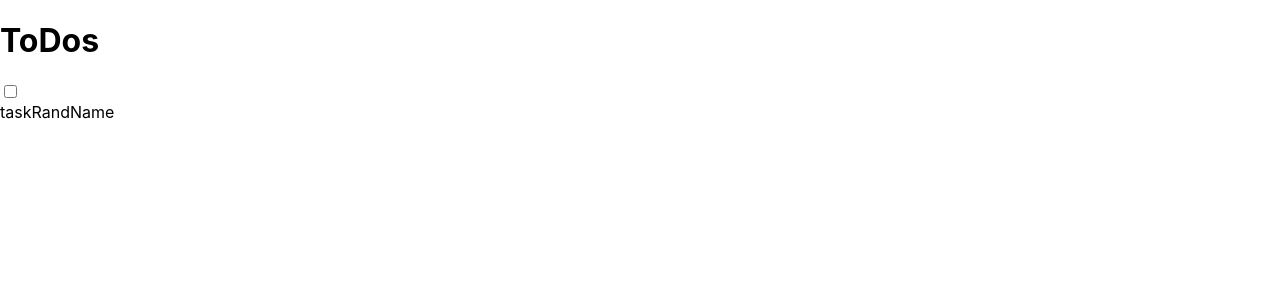
Repository: shuroo/FECourse-final-ex-todos
Page: /
An editor plug-in stored every save of this project. The page is shown before and after the next save, followed by the edit.
The browser window is 1280 px wide. The pictures show the whole page.
The project was rebuilt for these pictures with package versions that can differ from the ones it lists, and the page was loaded fresh each time. Also part of the build but not shown: src/App.css.

Above is the page before, as saved 2021-08-03 03:19:44.

### src/App.js
import logo from './logo.svg';
import './App.css';
import HomePage from './pages/HomePage';

function App() {
    return ( <
        HomePage / >
    );
}

export default App;

### src/pages/HomePage.jsx

import React, { Component,useState } from 'react';
import Container from 'react-bootstrap/Container'
import FormComponent from "../components/FormComponent";
import TasksView from '../components/TasksView';
import TaskModel from '../model/TaskModel';

function HomePage(){

    const [tasks, setTasks] = useState([new TaskModel("taskRandName",false)]);

    return (<Container>
            <h1>ToDos</h1>
   {/* <FormComponent tasks={tasks} setTasks={setTasks}/> */}
   <TasksView key={"tView"} tasks={tasks}/>
   </Container>
);
    }

export default HomePage;

### src/components/TasksView.jsx
import { Component } from "react";
import { Row } from "react-bootstrap";
import Form from 'react-bootstrap/Form'
import TaskComponent from "./TaskComponent";

class TasksView extends Component{

    constructor(props){
        super(props);
        this.tasks = this.props.tasks;
    }

    render() {
    const tasksView = this.tasks.map(task =>{alert(task.name);
        return <TaskComponent task={task}/>;});

    return tasksView;
    }
}

export default TasksView;

### src/model/TaskModel.jsx
class TaskModel{
    constructor(name,isDone){
        this.name = name;
        this.isDone = isDone;
        this.key=name;
    }

    setDone(boolVal){
        this.isDone = boolVal;
    }
}

export default TaskModel;

### src/components/TaskComponent.jsx
import { Component } from "react";
import { Row } from "react-bootstrap";
import FormCheckInput from "react-bootstrap/esm/FormCheckInput";
import Form from 'react-bootstrap/Form'

class TaskComponent extends Component{

    constructor(props){
        super(props);
        this.task = props.task;
    }
    render(){

        return (

        <Form.Group className="mb-3" >
           <Form.Check type="checkbox"  value={this.task.isDone} onChange={((e)=>this.task.setIsDone(e.target.value))}>
           </Form.Check>
           <Form.Label>{this.task.name}</Form.Label>
        </Form.Group>
        )
    }
}

export default TaskComponent

### src/components/FormComponent.jsx
import React, { Component } from 'react';
import { Row } from 'react-bootstrap';
import Container from 'react-bootstrap/Container';
import Form from 'react-bootstrap/Form';
import TaskModel from '../model/TaskModel';


// todo: support task addition here!
class FormComponent extends Component {

    // {tasks , setTasks}
    constructor(props){
        super(props);
        this.tasks = props.tasks;
        this.setTasks = props.setTasks;

    }

    addATask(e){
        if(e.charCode===13){

            const newTaskName = document.getElementById("tasksAddInput").value;
            const taskToAdd = new TaskModel(newTaskName,false);
            const arrCopied = this.tasks.concat(taskToAdd);
            this.setTasks(arrCopied);
          }

    }

  render() {
    return (
    <Container>
      <Form onSubmit={(()=>{return false;})}>
        <Form.Group >
            <Form.Control type="text"  id="tasksAddInput" onKeyPress={((e)=>this.addATask(e))} placeholder="What's Next?" />
        </Form.Group>
      </Form>
    </Container>
    );
  }

}

export default FormComponent;

Loaded but not shown: public/index.html (common file); src/index.js (common file); src/index.css (common file); src/reportWebVitals.js (common file)

After the next save:
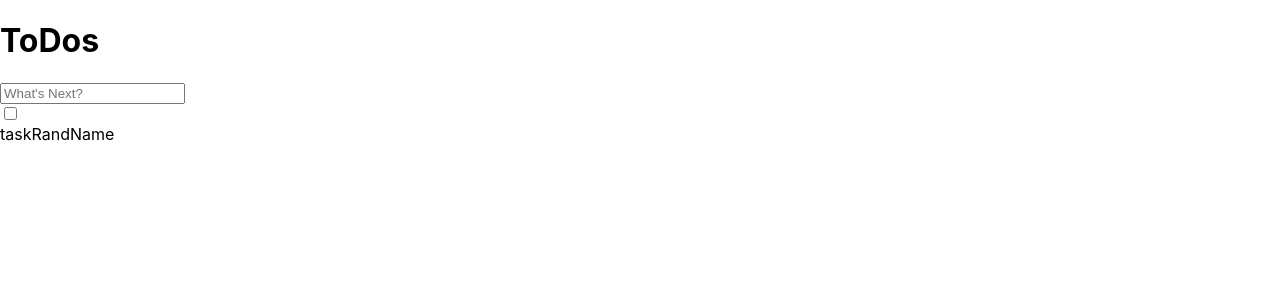
Saved 27 s later.
--- a/src/pages/HomePage.jsx
+++ b/src/pages/HomePage.jsx
@@ -11,7 +11,7 @@ function HomePage(){
 
     return (<Container>
             <h1>ToDos</h1>
-   {/* <FormComponent tasks={tasks} setTasks={setTasks}/> */}
+   { <FormComponent tasks={tasks} setTasks={setTasks}/> }
    <TasksView key={"tView"} tasks={tasks}/>
    </Container>
 );
